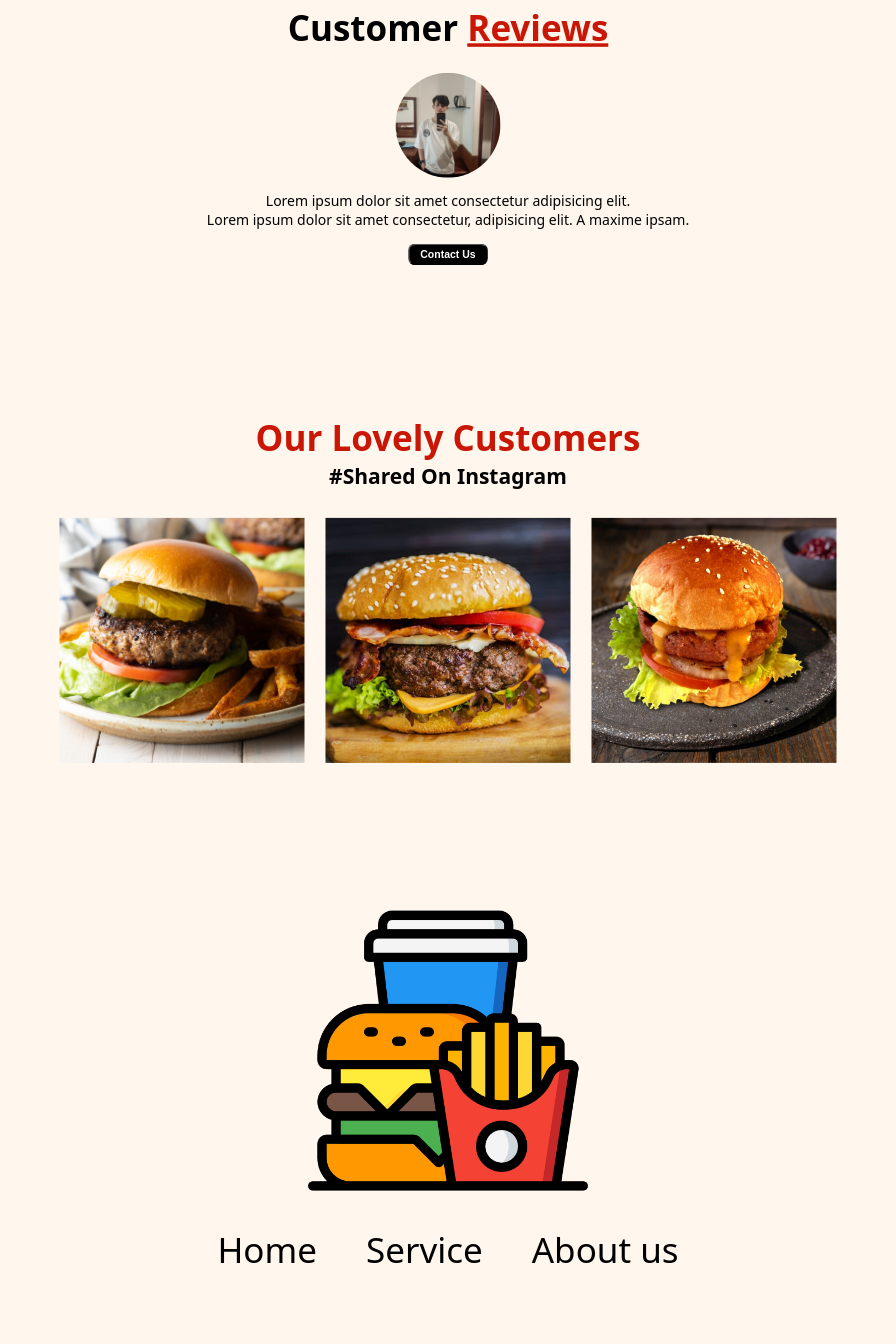
Repository: duc-thanh-2303/food
Page: index.html
An editor plug-in stored every save of this project. The page is shown before and after the next save, followed by the edit.
The browser window is 1280 px wide. The pictures show the part of the page from y = 2197 to 4117 px (the page is 4117 px tall), at 70% of full size.
A picture or video elsewhere on the page could not be fetched, so the positions and the page height are approximate.

Above is the page before, as saved 2022-11-29 16:26:08.

After the next save:
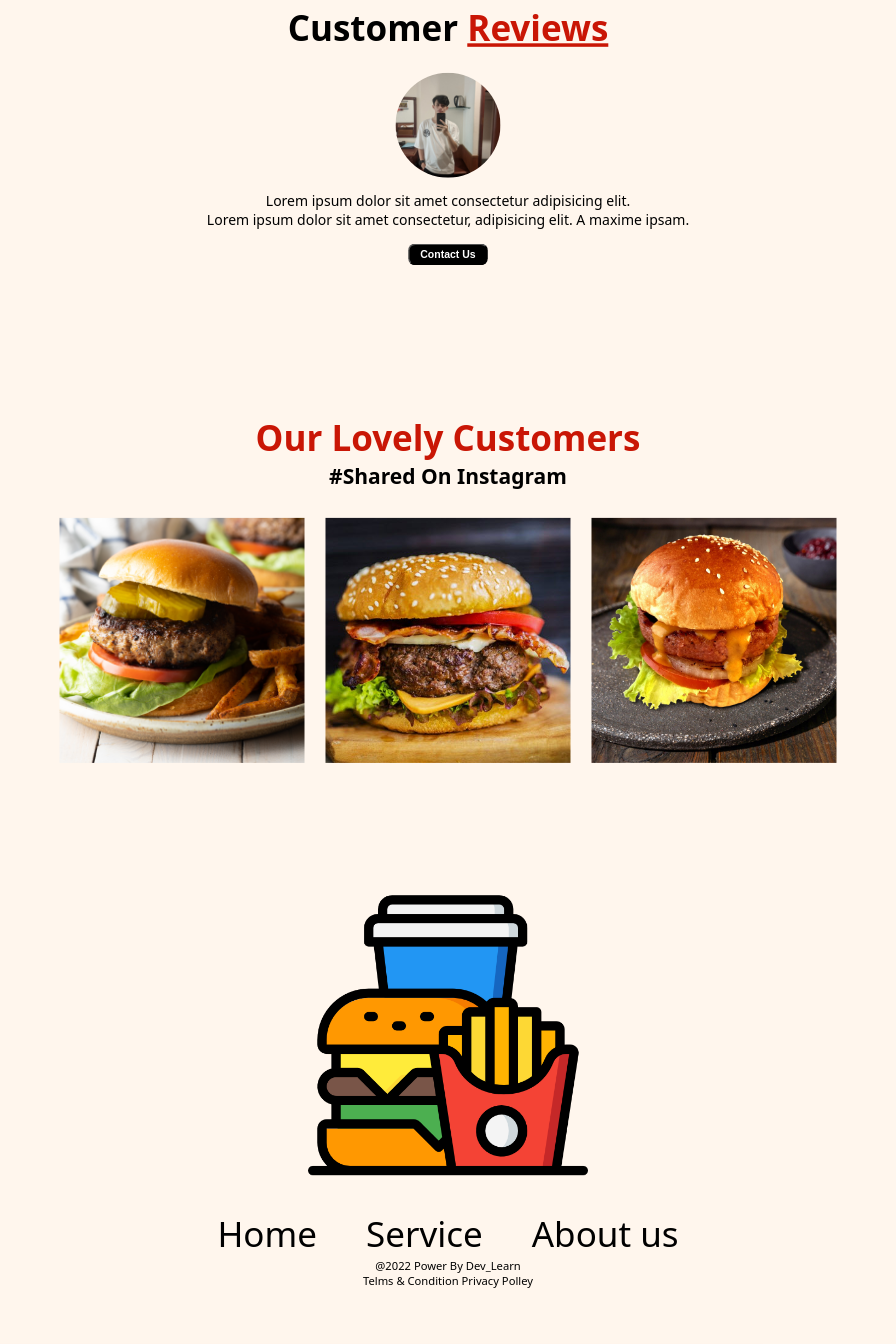
Saved 3 min 42 s later.
--- a/index.html
+++ b/index.html
@@ -99,6 +99,9 @@
             <a href="#wrap-content">Service</a>
             <a href="#footer">About us</a>
         </div>
+
+        <p>@2022 Power By Dev_Learn</p>
+        <p>Telms & Condition  Privacy Polley</p>
     </footer>
 
     <script type="module" src="https://unpkg.com/ionicons@5.5.2/dist/ionicons/ionicons.esm.js"></script>
